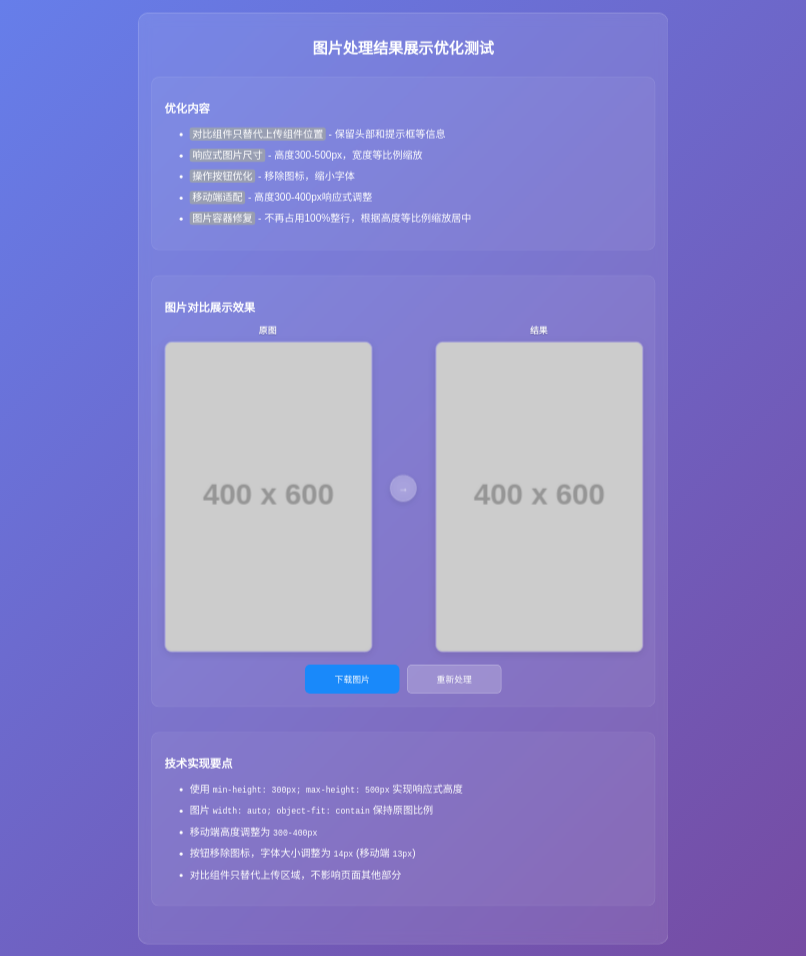
Repository: fooldychi/undress
Page: test-image-optimization.html
An editor plug-in stored every save of this project. The page is shown before and after the next save, followed by the edit.
The browser window is 1280 px wide. The pictures show the whole page, at 63% of full size.

Above is the page before, as saved 2025-07-13 15:52:31.

After the next save:
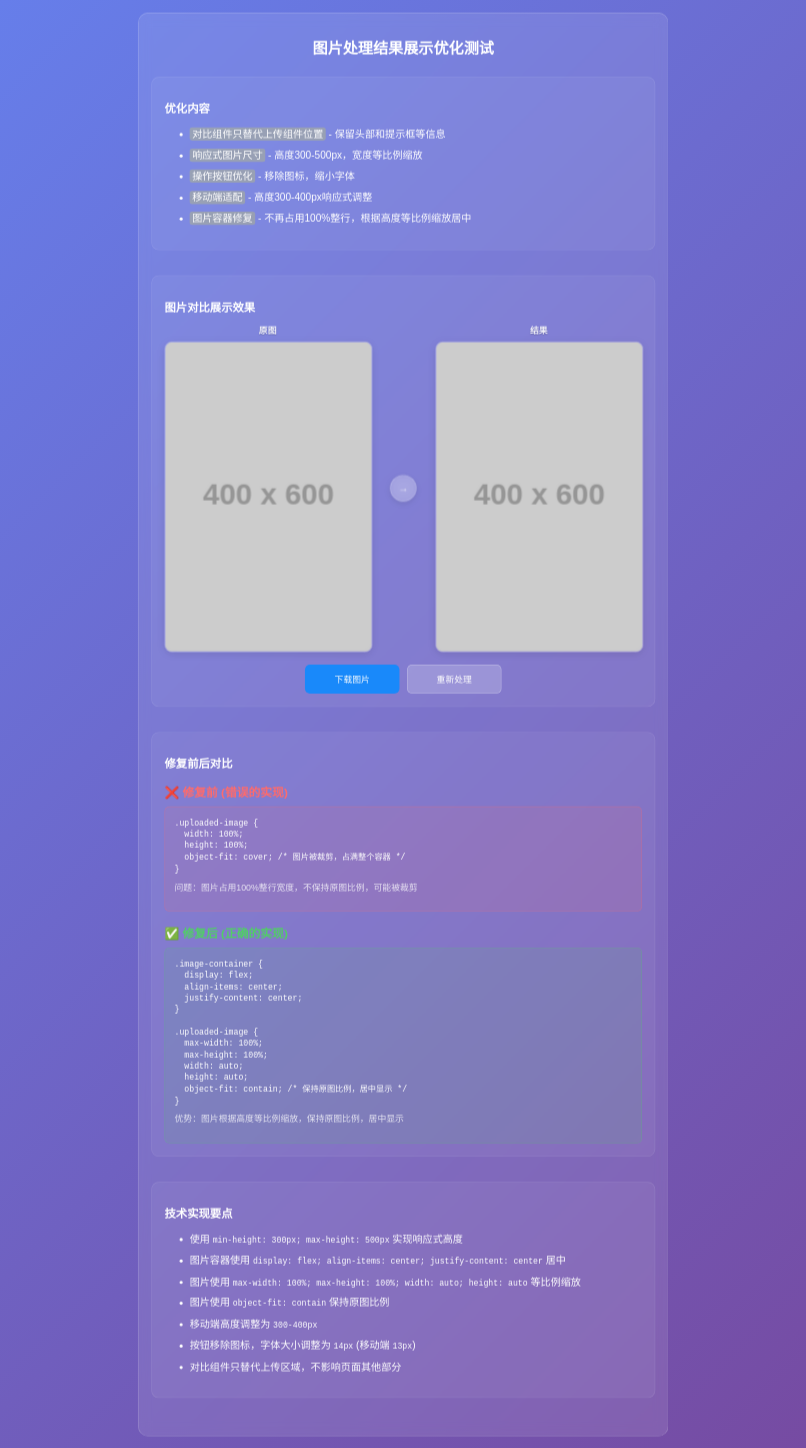
Saved 28 s later.
--- a/test-image-optimization.html
+++ b/test-image-optimization.html
@@ -285,10 +285,55 @@
         </div>
 
         <div class="test-section">
+            <h2 class="section-title">修复前后对比</h2>
+
+            <div style="margin-bottom: 20px;">
+                <h3 style="color: #ff6b6b; margin-bottom: 10px;">❌ 修复前 (错误的实现)</h3>
+                <div style="background: rgba(255, 107, 107, 0.1); padding: 15px; border-radius: 8px; border: 1px solid rgba(255, 107, 107, 0.3);">
+                    <code style="color: white;">
+                        .uploaded-image {<br>
+                        &nbsp;&nbsp;width: 100%;<br>
+                        &nbsp;&nbsp;height: 100%;<br>
+                        &nbsp;&nbsp;object-fit: cover; /* 图片被裁剪，占满整个容器 */<br>
+                        }
+                    </code>
+                    <p style="color: rgba(255, 255, 255, 0.8); margin-top: 10px; font-size: 14px;">
+                        问题：图片占用100%整行宽度，不保持原图比例，可能被裁剪
+                    </p>
+                </div>
+            </div>
+
+            <div>
+                <h3 style="color: #51cf66; margin-bottom: 10px;">✅ 修复后 (正确的实现)</h3>
+                <div style="background: rgba(81, 207, 102, 0.1); padding: 15px; border-radius: 8px; border: 1px solid rgba(81, 207, 102, 0.3);">
+                    <code style="color: white;">
+                        .image-container {<br>
+                        &nbsp;&nbsp;display: flex;<br>
+                        &nbsp;&nbsp;align-items: center;<br>
+                        &nbsp;&nbsp;justify-content: center;<br>
+                        }<br><br>
+                        .uploaded-image {<br>
+                        &nbsp;&nbsp;max-width: 100%;<br>
+                        &nbsp;&nbsp;max-height: 100%;<br>
+                        &nbsp;&nbsp;width: auto;<br>
+                        &nbsp;&nbsp;height: auto;<br>
+                        &nbsp;&nbsp;object-fit: contain; /* 保持原图比例，居中显示 */<br>
+                        }
+                    </code>
+                    <p style="color: rgba(255, 255, 255, 0.8); margin-top: 10px; font-size: 14px;">
+                        优势：图片根据高度等比例缩放，保持原图比例，居中显示
+                    </p>
+                </div>
+            </div>
+        </div>
+
+        <div class="test-section">
             <h2 class="section-title">技术实现要点</h2>
             <ul class="optimization-list">
                 <li>使用 <code>min-height: 300px; max-height: 500px</code> 实现响应式高度</li>
-                <li>图片 <code>width: auto; object-fit: contain</code> 保持原图比例</li>
+                <li>图片容器使用 <code>display: flex; align-items: center; justify-content: center</code> 居中</li>
+                <li>图片使用 <code>max-width: 100%; max-height: 100%; width: auto; height: auto</code> 等比例缩放</li>
+                <li>图片使用 <code>object-fit: contain</code> 保持原图比例</li>
                 <li>移动端高度调整为 <code>300-400px</code></li>
                 <li>按钮移除图标，字体大小调整为 <code>14px</code> (移动端 <code>13px</code>)</li>
                 <li>对比组件只替代上传区域，不影响页面其他部分</li>
